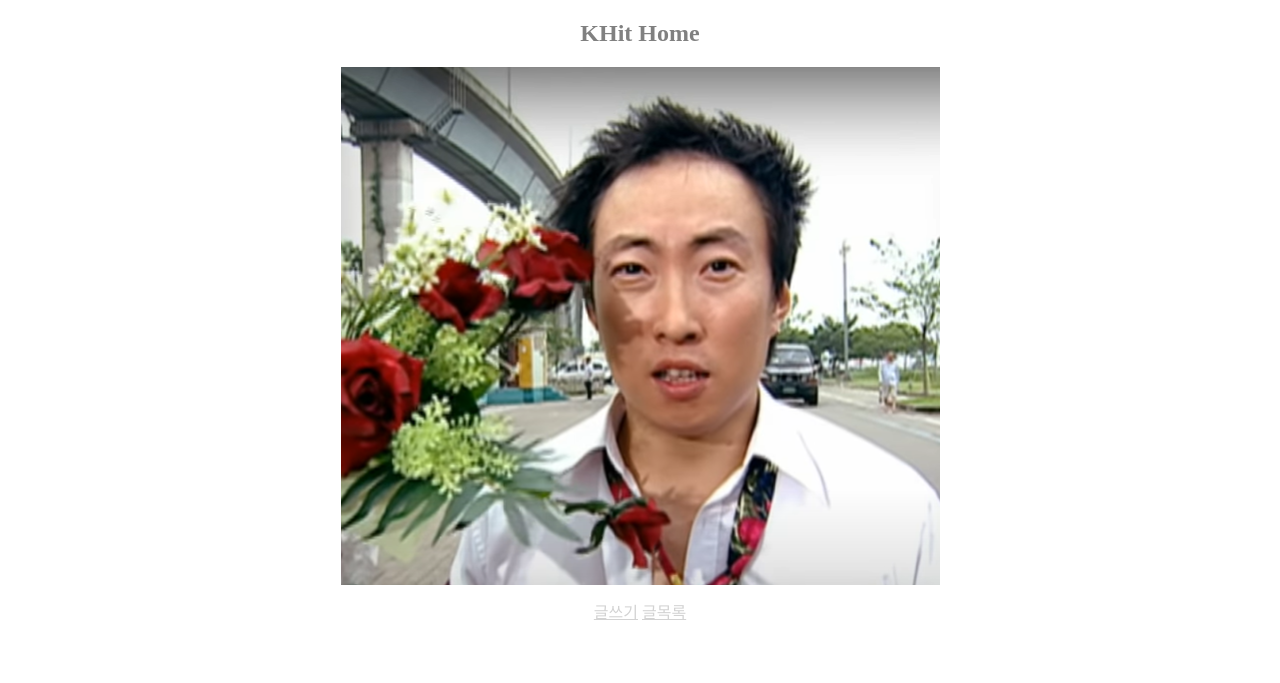
Repository: kimheerin/springWorks
Page: http://localhost/SpringBoard-jdbc/
An editor plug-in stored every save of this project. The page is shown before and after the next save, followed by the edit.
The browser window is 1280 px wide. The pictures show the whole page.
The page is served by Tomcat 9.

Above is the page before, as saved 2023-12-28 01:05:21.

After the next save:
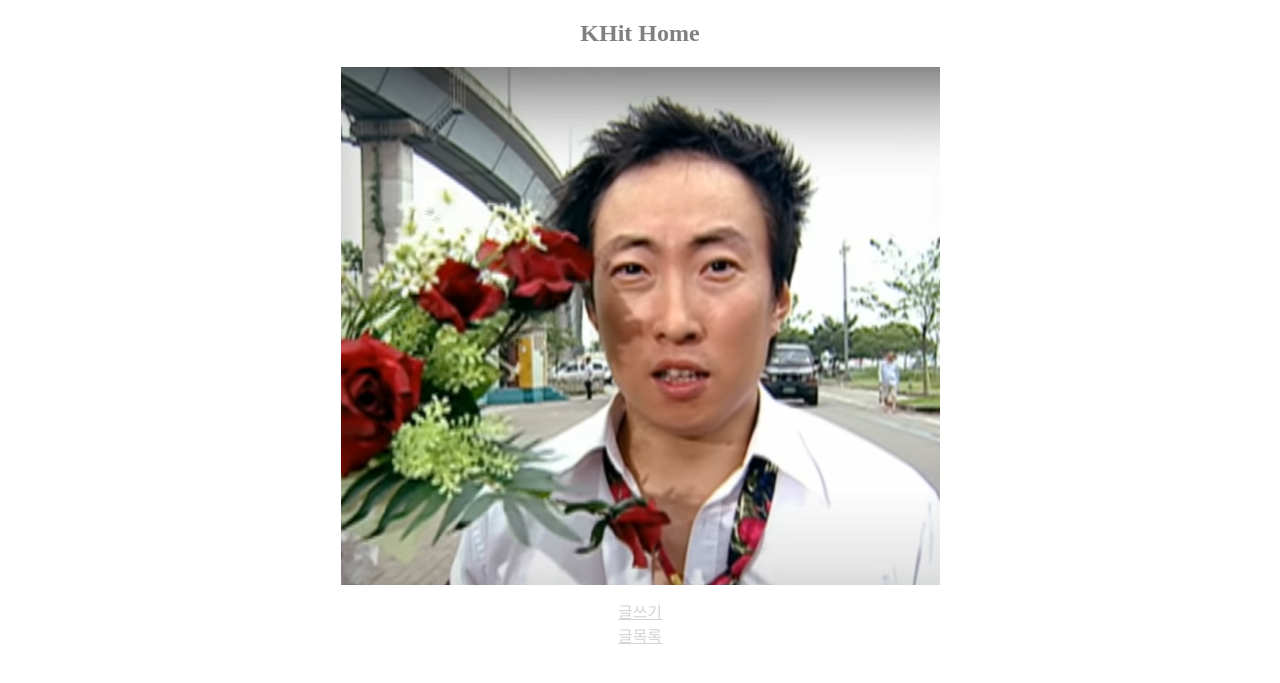
Saved 16 s later.
--- a/SpringBoard-jdbc/src/main/webapp/WEB-INF/views/index.jsp
+++ b/SpringBoard-jdbc/src/main/webapp/WEB-INF/views/index.jsp
@@ -14,7 +14,7 @@
          <img src="/resources/images/순정명수.png" alt="순정명수">
       </div>
       <div class="menu">
-      	<a href="/board/write">글쓰기</a>
+      	<a href="/board/write">글쓰기</a><br>
       	<a href="/board/list">글목록</a>
       </div>
    </div>
